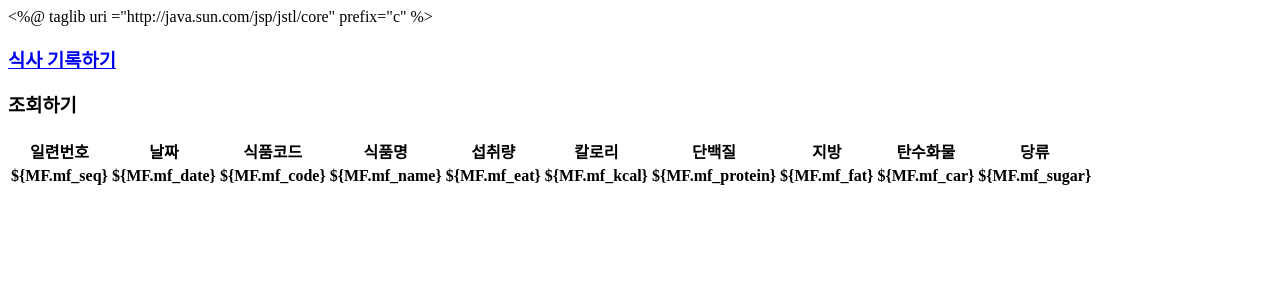
Repository: dkdud8140/OneDayProject_server
Page: Oneday_Server_food/src/main/webapp/WEB-INF/index.html
The author's editor kept a copy of each file at every save. The page is drawn from the files as they stood at one save, then again after the next save.
The browser window is 1280 px wide. The pictures show the whole page.

Above is the page before, as saved 2021-05-10 07:14:28.

After the next save:
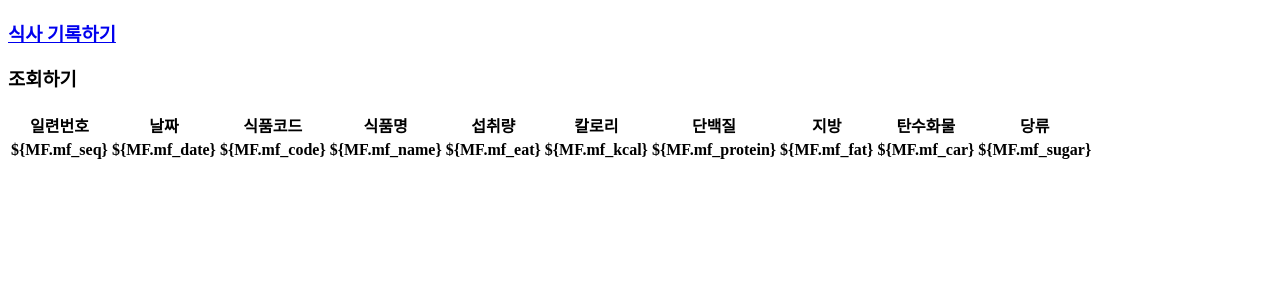
Saved 40 s later.
--- a/Oneday_Server_food/src/main/webapp/WEB-INF/index.html
+++ b/Oneday_Server_food/src/main/webapp/WEB-INF/index.html
@@ -1,4 +1,3 @@
-<%@ taglib uri ="http://java.sun.com/jsp/jstl/core"  prefix="c"  %>
 <!DOCTYPE html>
 <html>
 <head>
